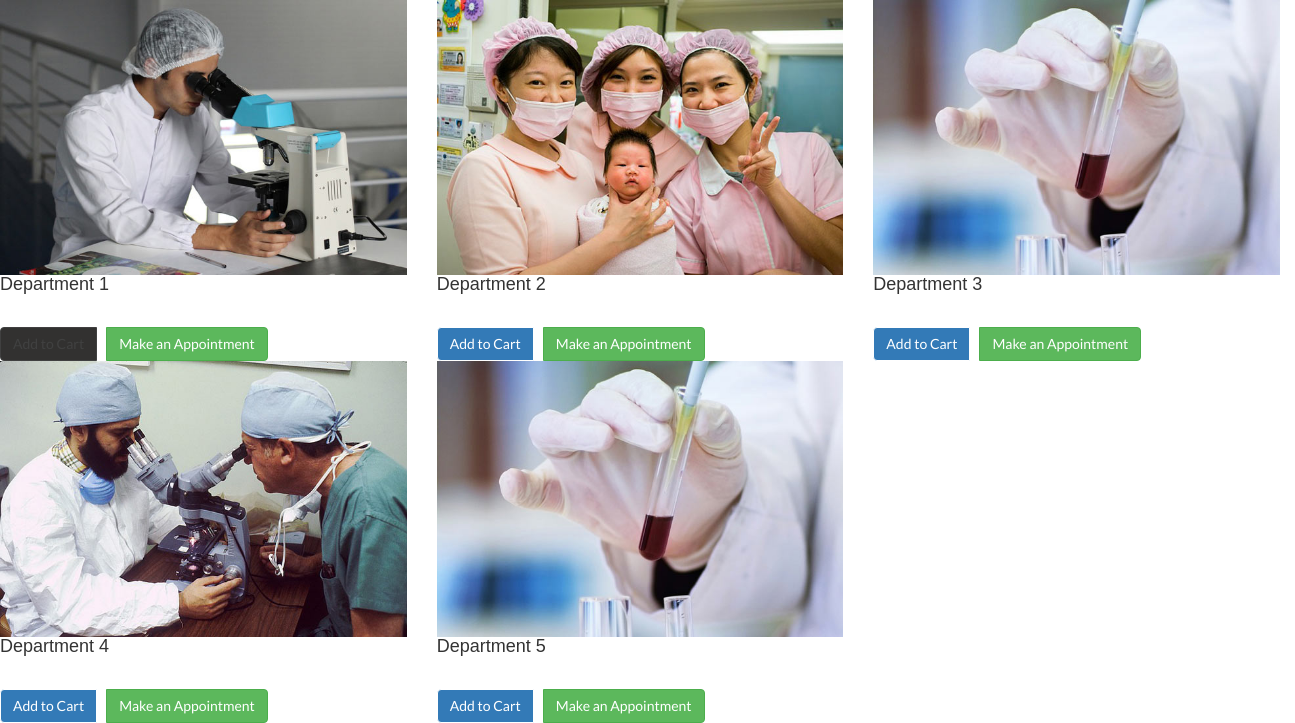
Repository: 72-faisal/work_to_do
Page: http://localhost/Khajina_Doctor/Department-home.jsp
An editor plug-in stored every save of this project. The page is shown before and after the next save, followed by the edit.
The browser window is 1280 px wide. The page is 1295 px wide, so the pictures cover 1295 px, including what lies to the right of the window. The pictures show the whole page.
The pointer rests on the first visible `.btn-primary`.
Some web fonts or font styles are not loaded; a fallback is used. The page is served by Tomcat 9. Other server files are loaded and not shown.

Above is the page before, as saved 2023-04-15 19:47:59.

### Khajina_Doctor/Khajina_Doctor/src/main/webapp/Department-home.jsp
<%@ page language="java" contentType="text/html; charset=ISO-8859-1"
    pageEncoding="ISO-8859-1"%>
<!DOCTYPE html>
<html>
<head>
<meta charset="ISO-8859-1">
<title>KhajjinaDoc a Medical Online Solution |</title>
<!-- for-meta-tags-->
<meta name="viewport" content="width=device-width, initial-scale=1">
<meta http-equiv="Content-Type" content="text/html; charset=utf-8" />
<meta name="keywords" content="Health Plus Responsive web template, Bootstrap Web Templates, Flat Web Templates, Android Compatible web template,
Smartphone Compatible web template, free web designs for Nokia, Samsung, LG, SonyEricsson, Motorola web design" />
<script type="application/x-javascript"> addEventListener("load", function() { setTimeout(hideURLbar, 0); }, false);
		function hideURLbar(){ window.scrollTo(0,1); } </script>
<!-- //for-meta-tags-->
<link href="css/bootstrap.css" rel="stylesheet" type="text/css" media="all" />
<link rel="stylesheet" href="css/flexslider.css" type="text/css" media="screen" Department="" />
<link href="css/services.css" rel="stylesheet" type="text/css" media="all" />
<link href="css/ziehharmonika.css" rel="stylesheet" type="text/css">
<link href="css/JiSlider.css" rel="stylesheet">
<link href="css/style.css" rel="stylesheet" type="text/css" media="all" />
<!-- font-awesome icons -->
<link href="css/font-awesome.css" rel="stylesheet">
<!-- //font-awesome icons -->
<link href="//fonts.googleapis.com/css?family=Raleway:200,200i,300,300i,400,400i,500,500i,600,600i,700,700i,800" rel="stylesheet">
<link href="//fonts.googleapis.com/css?family=Lato:300,300i,400,400i,700,900" rel="stylesheet">
<style>
.department .btn-group .btn:first-child {
  margin-right: 10px;
}

.btn-primary:hover {
  filter: brightness(25%);
}

</style>
</head>
<body>
<div class="department-box">
    <div class="row">
        <div class="col-md-4 department">
            <img src="images/g1.jpg" alt=" " class="img-responsive" />
            <div class="overlay">
                <h4>Department 1</h4>
                <ul class="social_agileinfo">
                    <li><a href="#" class="w3_facebook"><i class="fa fa-facebook"></i></a></li>
                    <li><a href="#" class="w3_twitter"><i class="fa fa-twitter"></i></a></li>
                    <li><a href="#" class="w3_instagram"><i class="fa fa-instagram"></i></a></li>
                    <li><a href="#" class="w3_google"><i class="fa fa-google-plus"></i></a></li>
                </ul>
                <div class="btn-group" role="group">
                    <button type="button" class="btn btn-primary">Add to Cart</button>
                    <button type="button" class="btn btn-success">Make an Appointment</button>
                </div>
            </div>
        </div>
        <div class="col-md-4 department">
            <img src="images/g2.jpg" alt=" " class="img-responsive" />
            <div class="overlay">
                <h4>Department 2</h4>
                <ul class="social_agileinfo">
                    <li><a href="#" class="w3_facebook"><i class="fa fa-facebook"></i></a></li>
                    <li><a href="#" class="w3_twitter"><i class="fa fa-twitter"></i></a></li>
                    <li><a href="#" class="w3_instagram"><i class="fa fa-instagram"></i></a></li>
                    <li><a href="#" class="w3_google"><i class="fa fa-google-plus"></i></a></li>
                </ul>
                <div class="btn-group" role="group">
                    <button type="button" class="btn btn-primary">Add to Cart</button>
                    <button type="button" class="btn btn-success">Make an Appointment</button>
                </div>
            </div>
        </div>
        <div class="col-md-4 department">
            <img src="images/g3.jpg" alt=" " class="img-responsive" />
            <div class="overlay">
                <h4>Department 3</h4>
                <ul class="social_agileinfo">
                    <li><a href="#" class="w3_facebook"><i class="fa fa-facebook"></i></a></li>
                    <li><a href="#" class="w3_twitter"><i class="fa fa-twitter"></i></a></li>
                    <li><a href="#" class="w3_instagram"><i class="fa fa-instagram"></i></a></li>
                    <li><a href="#" class="w3_google"><i class="fa fa-google-plus"></i></a></li>
                </ul>
                <div class="btn-group" role="group">
                    <button type="button" class="btn btn-primary">Add to Cart</button>
                    <button type="button" class="btn btn-success">Make an Appointment</button>
                </div>
            </div>
        </div>
    </div>
    <div class="row">
        <div class="col-md-4 department">
            <img src="images/g4.jpg" alt=" " class="img-responsive" />
            <div class="overlay">
                <h4>Department 4</h4>
                <ul class="social_agileinfo">
                    <li><a href="#" class="w3_facebook"><i class="fa fa-facebook"></i></a></li>
                    <li><a href="#" class="w3_twitter"><i class="fa fa-twitter"></i></a></li>
                    <li><a href="#" class="w3_instagram"><i class="fa fa-instagram"></i></a></li>
                    <li><a href="#" class="w3_google"><i class="fa fa-google-plus"></i></a></li>
                </ul>
                <div class="btn-group" role="group">
                    <button type="button" class="btn btn-primary">Add to Cart</button>
                    <button type="button" class="btn btn-success">Make an Appointment</button>
                </div>
            </div>
        </div>
         <div class="col-md-4 department">
            <img src="images/g3.jpg" alt=" " class="img-responsive" />
            <div class="overlay">
                <h4>Department 5</h4>
                <ul class="social_agileinfo">
                    <li><a href="#" class="w3_facebook"><i class="fa fa-facebook"></i></a></li>
                    <li><a href="#" class="w3_twitter"><i class="fa fa-twitter"></i></a></li>
                    <li><a href="#" class="w3_instagram"><i class="fa fa-instagram"></i></a></li>
                    <li><a href="#" class="w3_google"><i class="fa fa-google-plus"></i></a></li>
                </ul>
                <div class="btn-group" role="group">
                    <button type="button" class="btn btn-primary">Add to Cart</button>
                    <button type="button" class="btn btn-success">Make an Appointment</button>
                </div>
            </div>
        </div>
    </div>
    </div>

</body>
</html>

### Khajina_Doctor/Khajina_Doctor/src/main/webapp/css/flexslider.css
/*
 * jQuery FlexSlider v2.0
 * http://www.woothemes.com/flexslider/
 *
 * Copyright 2012 WooThemes
 * Free to use under the GPLv2 license.
 * http://www.gnu.org/licenses/gpl-2.0.html
 *
 * Contributing author: Tyler Smith (@mbmufffin)
 */
/* Browser Resets */
.flex-container a:active,
.flexslider a:active,
.flex-container a:focus,
.flexslider a:focus  {outline: none;}
.slides,
.flex-control-nav,
.flex-direction-nav {margin: 0; padding: 0; list-style: none;}

/* FlexSlider Necessary Styles
*********************************/
.flexslider .slides > li {display: none; -webkit-backface-visibility: hidden;} /* Hide the slides before the JS is loaded. Avoids image jumping */
.flexslider .slides img {margin: 0 auto; display: block;}
.flex-pauseplay span {text-transform: capitalize;}

/* Clearfix for the .slides element */
.slides:after {content: "."; display: block; clear: both; visibility: hidden; line-height: 0; height: 0;}
html[xmlns] .slides {display: block;}
* html .slides {height: 1%;}

/* No JavaScript Fallback */
/* If you are not using another script, such as Modernizr, make sure you
 * include js that eliminates this class on page load */
.no-js .slides > li:first-child {display: block;}


/* FlexSlider Default Theme
*********************************/
.flexslider {
	border: 0px;
	position: relative;
	zoom: 1;
	overflow: hidden;
}
.flex-viewport {max-height: 2000px; -webkit-transition: all 1s ease; -moz-transition: all 1s ease; transition: all 1s ease;}
.loading .flex-viewport {max-height: 300px;}
.flexslider .slides {zoom: 1;}

.carousel li {margin-right: 5px}


/* Direction Nav */
.flex-direction-nav a {
	margin: 0;
    background: none;
    position: absolute;
    z-index: 10;
    cursor: pointer;
    opacity: .8;
    -webkit-transition: all .3s ease;
    font-family: FontAwesome;
    font-size: 2em;
    color: #fff;
	text-decoration: none;
	top: 50%;
}
.flex-direction-nav .flex-next {
    right: 5%;
}
.flex-direction-nav .flex-prev {
	left:5%;
}
.flex-direction-nav .flex-next:before{
	content:"\f178";
}
.flex-direction-nav .flex-prev:before{
	content:"\f177";
}
.flexslider:hover .flex-next {opacity: 1;}
.flexslider:hover .flex-prev {opacity: 1;}
.flexslider:hover .flex-next:hover, .flexslider:hover .flex-prev:hover {opacity: 1;}
.flex-direction-nav .flex-disabled {opacity: .3!important; filter:alpha(opacity=30); cursor: default;}
/* Control Nav */
.flex-control-nav {
	display: block;
    position: absolute;
    right: 5%;
    top: 20%;
}
.flex-control-nav li {
    margin: 15px 0;
    display: block;
    zoom: 1;
    position: relative;
}
.flex-control-paging li a {
	width: 15px;
    height: 15px;
    display: none;
    cursor: pointer;
    text-indent: -9999px;
    border: 5px solid rgba(255, 255, 255, 0.38);
    background: #bababa;
    text-align: center;
    border-radius: 15px;
}
.flex-control-paging li a.flex-active {
	background:#ff464f;
	cursor: default;
	transform: rotateX(360deg);
	-webkit-transform: rotateX(360deg);
	-moz-transform: rotateX(360deg);
	-o-transform: rotateX(360deg);
	-ms-transform: rotateX(360deg);
    transition: transform 2s;
}
.flex-control-thumbs {margin: 5px 0 0; position: static; overflow: hidden;}
.flex-control-thumbs li {width: 25%; float: left; margin: 0;}
.flex-control-thumbs img {width: 100%; display: block; opacity: .7; cursor: pointer;}
.flex-control-thumbs img:hover {opacity: 1;}
.flex-control-thumbs .flex-active {opacity: 1; cursor: default;}
@media screen and (max-width:1366px) {

}
@media screen and (max-width:1080px) {

}
@media screen and (max-width: 991px){

}
@media screen and (max-width: 667px){

}
@media screen and (max-width: 640px){

}
@media screen and (max-width: 600px){

}
@media screen and (max-width: 480px) {
	section.slider {
		padding-top: 0;
	}

}
@media screen and (max-width: 414px){

}
@media screen and (max-width: 384px){

}
@media screen and (max-width: 375px) {

}
@media screen and (max-width: 320px) {

}

### Khajina_Doctor/Khajina_Doctor/src/main/webapp/css/services.css
.ch-item {
	width: 100%;
	height: 100%;
	border-radius: 50%;
	position: relative;
	cursor: default;
	-webkit-perspective: 900px;
	-moz-perspective: 900px;
	-o-perspective: 900px;
	-ms-perspective: 900px;
	perspective: 900px;
}
.ch-info{
	position: absolute;
	width: 100%;
	height: 100%;
	-webkit-transform-style: preserve-3d;
	-moz-transform-style: preserve-3d;
	-o-transform-style: preserve-3d;
	-ms-transform-style: preserve-3d;
	transform-style: preserve-3d;
}
.ch-info > div {
	display: block;
	position: absolute;
	width: 100%;
	height: 100%;
	border-radius: 50%;
	background-position: center center;
	-webkit-transition: all 0.4s linear;
	-moz-transition: all 0.4s linear;
	-o-transition: all 0.4s linear;
	-ms-transition: all 0.4s linear;
	transition: all 0.4s linear;
	-webkit-transform-origin: 50% 0%;
	-moz-transform-origin: 50% 0%;
	-o-transform-origin: 50% 0%;
	-ms-transform-origin: 50% 0%;
	transform-origin: 50% 0%;
}

.ch-info .ch-info-front {
      border: 10px solid #1c588e;
    background: #fff;
}

.ch-info .ch-info-back {
	-webkit-transform: translate3d(0,0,-220px) rotate3d(1,0,0,90deg);
	-moz-transform: translate3d(0,0,-220px) rotate3d(1,0,0,90deg);
	-o-transform: translate3d(0,0,-220px) rotate3d(1,0,0,90deg);
	-ms-transform: translate3d(0,0,-220px) rotate3d(1,0,0,90deg);
	transform: translate3d(0,0,-220px) rotate3d(1,0,0,90deg);
	background: #000;
	opacity: 0;
}
.ch-info-front.ch-img-1 i,.ch-info-front.ch-img-2 i,.ch-info-front.ch-img-3 i ,.ch-info-front.ch-img-4 i ,.ch-info-front.ch-img-5 i   {
    color: #232323;
    font-size: 4em;
    line-height: 3em;
}

.ch-info h5 {
    color: #fff;
    text-transform: uppercase;
    letter-spacing: 2px;
    font-size: 20px;
    margin: 0 15px;
    padding: 78px 0 0 0;
    height: 110px;
    text-shadow: 0 0 1px #fff, 0 1px 2px rgba(0,0,0,0.3);
}

.ch-info p {
	color: #de0f17;
    padding:10px 5px;
    font-style:italic;
    margin:0 30px;
    font-size:12px;
    border-top:1px solid rgba(47, 46, 46, 0.5);
}

.ch-info p a {
	display: block;
	color: #fff;
	color: rgba(255,255,255,0.7);
	font-style: normal;
	font-weight: 700;
	text-transform: uppercase;
	font-size: 9px;
	letter-spacing: 1px;
	padding-top: 4px;
	font-family: 'Open Sans', Arial, sans-serif;
}

.ch-info p a:hover {
	color: #fff222;
	color: rgba(255,242,34, 0.8);
}

.ch-item:hover .ch-info-front {
	-webkit-transform: translate3d(0,280px,0) rotate3d(1,0,0,-90deg);
	-moz-transform: translate3d(0,280px,0) rotate3d(1,0,0,-90deg);
	-o-transform: translate3d(0,280px,0) rotate3d(1,0,0,-90deg);
	-ms-transform: translate3d(0,280px,0) rotate3d(1,0,0,-90deg);
	transform: translate3d(0,280px,0) rotate3d(1,0,0,-90deg);
	opacity: 0;
}

.ch-item:hover .ch-info-back {
	-webkit-transform: rotate3d(1,0,0,0deg);
	-moz-transform: rotate3d(1,0,0,0deg);
	-o-transform: rotate3d(1,0,0,0deg);
	-ms-transform: rotate3d(1,0,0,0deg);
	transform: rotate3d(1,0,0,0deg);
	opacity: 1;
}

### Khajina_Doctor/Khajina_Doctor/src/main/webapp/css/ziehharmonika.css
/* @author Tim himself */

.ziehharmonika h3 {
    background: rgba(255, 255, 255, 0);
    color: #151414;
    text-align: left;
    border-radius: 0px;
    padding: 25px 20px;
    cursor: pointer;
    margin-top: 0;
    margin-bottom: 25px;
    padding-right: 40px;
    transition: 0.25s all;
    position: relative;
    border: 6px solid #191919;
    font-weight: 700;
    letter-spacing: 1px;
}
.ziehharmonika h3.active {
    margin-bottom: 21px;
  background: #207fdc;
    border: 6px solid rgba(44, 185, 139, 0.01);
}
.ziehharmonika h3::before {
	content: attr(data-prefix);
	font-size: 18px;
	margin-right: 9px;
}
.ziehharmonika > div {
	display: none;
	    background: #fff;
    border-radius: 0;
    border: 1px solid #cdcdcd;
    text-align: left;
    padding: 31px 33px;
    margin-bottom: 9px;
}
.ziehharmonika .arrowDown {
	width: 0;
	height: 0;
	border-style: solid;
	border-width: 13.0px 7.5px 0 7.5px;
	border-color: #272e35 transparent transparent transparent;
	position: absolute;
	bottom: 0;
	left: 40px;
	transition: 0.25s all;
	opacity: 0;
}
.ziehharmonika .active .arrowDown {
       bottom: -18px;
    border-color: #207fdc transparent transparent transparent;
    opacity: 1;
}
.ziehharmonika .collapseIcon {
	    position: absolute;
    right: 20px;
    top: 52%;
    font-size: 30px;
    font-weight: 400;
    -ms-transform: translate(0, -50%);
    transform: translate(0, -50%);
}
/*--/Responsive--*/
@media(max-width:640px){
	.ziehharmonika > div {
		display: none;
		background: #fff;
		border-radius: 0;
		border: 1px solid #cdcdcd;
		text-align: left;
		padding: 15px 15px;
		margin-bottom: 9px;
	}
	.ziehharmonika h3 {
      padding: 15px 20px;
	}
}
@media(max-width:414px){
	.ziehharmonika h3 {
		padding: 9px 15px;
		margin-bottom: 14px;
		padding-right: 40px;
		font-size: 1.2em;
	}
}
/*--//Responsive--*/

### Khajina_Doctor/Khajina_Doctor/src/main/webapp/css/JiSlider.css
/****** JiSlider css ******/
	#JiSlider {
				width: 100%;
				height: 100%;
			}
.jislider ul {
	height: 100%;
	margin: 0;
	padding: 0;
	position: relative;
	list-style-type: none;
}

.jislider ul li {
	position: relative;
	height: 100%;
	float: left;
	overflow: hidden;
}

.jislider__img {
	position: absolute;
	top: 0;
	left: 0;
	background-size: cover;
	background-position: center;
	width: 100%;
	height: 100%;
	z-index: -1;
}

.jislider__left-arrow {
	position: absolute;
	left: 30px;
	top: 0;
	bottom: 0;
	margin: auto;
	width: 30px;
	height: 60px;
	cursor: pointer;
}

.jislider__left-arrow__top {
	content: '';
	position: absolute;
	top: 0;
	left: 0;
	width: 2px;
	height: 30px;
	background-color: inherit;
	-webkit-transform: rotate(30deg) translateX(10px) translateY(-3px);
	-ms-transform: rotate(30deg) translateX(10px) translateY(-3px);
	transform: rotate(30deg) translateX(10px) translateY(-3px);
}

.jislider__left-arrow__bottom {
	content: '';
	position: absolute;
	bottom: 0;
	left: 0;
	width: 2px;
	height: 30px;
	background-color: inherit;
	-webkit-transform: rotate(-30deg) translateX(10px) translateY(3px);
	-ms-transform: rotate(-30deg) translateX(10px) translateY(3px);
	transform: rotate(-30deg) translateX(10px) translateY(3px);
}


.jislider__right-arrow {
	position: absolute;
	right: 30px;
	top: 0;
	bottom: 0;
	margin: auto;
	width: 30px;
	height: 60px;
	cursor: pointer;
}

.jislider__right-arrow__top {
	content: '';
	position: absolute;
	top: 0;
	right: 0;
	width: 2px;
	height: 30px;
	background-color: inherit;
	-webkit-transform: rotate(-30deg) translateX(-10px) translateY(-3px);
	-ms-transform: rotate(-30deg) translateX(-10px) translateY(-3px);
	transform: rotate(-30deg) translateX(-10px) translateY(-3px);
}

.jislider__right-arrow__bottom {
	content: '';
	position: absolute;
	bottom: 0;
	right: 0;
	width: 2px;
	height: 30px;
	background-color: inherit;
	-webkit-transform: rotate(30deg) translateX(-10px) translateY(3px);
	-ms-transform: rotate(30deg) translateX(-10px) translateY(3px);
	transform: rotate(30deg) translateX(-10px) translateY(3px);
}

.jislider__controller {
    position: absolute;
    max-width: 80%;
    padding: 0 10px;
    left: -54%;
    right: 0;
    bottom: 20%;
    margin: auto;
    text-align: center;
}

.jislider__button {
    display: inline-block;
    width: 36px;
    height: 5px;
    margin: 0 0 0 7px;
    cursor: pointer;
    border: 2px solid #fff!important;
    background: #fff!important;
    box-shadow: 3px 3px rgba(0, 0, 0, 0.34);
}
.jislider__button.jislider__on{
	background:#de0f17!important;
    border:2px solid #de0f17!important;
    height:5px;
    width:36px;
	border-radius:0px!important;
}
.jislider__controller {
    width: 200px!important;
}
/*--start-responsive-design--*/
@media (max-width:1680px){
	.jislider__controller {
		left: -61%;
	}
}
@media (max-width:1600px){
	.jislider__controller {
		left: -64%;
	}
}
@media (max-width:1440px){
	.jislider__controller {

		bottom: 20%;
		left: -71%;
        right: 0;
	}
}
@media (max-width:1366px){
	.jislider__controller {
		bottom: 20%;
		left: -74%;
		right: 0;
	}
}
@media (max-width:1280px){

	.jislider__controller {
		left: -80%;
		right: 0;
		bottom: 20%;
	}
}
@media (max-width:1080px){
	.jislider__controller {
		left: -76%;
		right: 0;
		bottom: 24%;
	}
}
@media (max-width:1050px){
 .jislider__controller {
		left: -78%;
		right: 0;
		bottom: 24%;
	}
}
@media (max-width:1024px){
	.jislider__controller {
		left: -80%;
		right: 0;
		bottom: 26%;
	}
}
@media (max-width:991px){

	.jislider__controller {
		left: -63%;
		right: 0;
		bottom: 23%;
	}
}
@media (max-width:800px){
	.jislider__controller {
		left: -67%;
		right: 0;
		bottom: 23%;
	}
}
@media (max-width:768px){
	.jislider__controller {
		left: -72%;
		right: 0;
		bottom: 23%;
	}
}
@media (max-width:736px){
	.jislider__controller {
		left: -63%;
		right: 0;
		bottom: 27%;
	}
}
@media (max-width:667px){
   .jislider__controller {
		left: -66%;
		right: 0;
		bottom: 27%;
	}

}
@media (max-width:640px){
	.jislider__controller {
		left: -61%;
		right: 0;
		bottom: 23%;
	}
}
@media (max-width:600px){
	.jislider__controller {
		left: -60%;
		right: 0;
		bottom: 20%;
	}
}
@media (max-width:568px){
	.jislider__button {
		display: inline-block;
		width: 27px;
	}
}
@media (max-width:480px){

	.jislider__controller {
		left: -53%;
		right: 0;
		bottom: 22%;
	}
	.jislider__button {
		display: inline-block;
		width: 26px;
		height: 5px;
		margin: 0 0 0 7px;
	}
}
@media (max-width:414px){
	.jislider__left-arrow {
		position: absolute;
		left: 10px;
		top: 0;
		bottom: 0;
		margin: auto;
		width: 30px;
		height: 60px;
		cursor: pointer;
	}
	.jislider__right-arrow {
		position: absolute;
		right: 10px;
		top: 0;
		bottom: 0;
		margin: auto;
		width: 30px;
		height: 60px;
		cursor: pointer;
	}
	.jislider__controller {
		left: -53%;
		right: 0;
		bottom: 19%;
	}
}
@media (max-width:384px){
	.jislider__controller {
		padding: 0 0px;
		left: -49%;
		right: 0;
		bottom: 14%;
	}
}

Loaded but not shown: Khajina_Doctor/Khajina_Doctor/src/main/webapp/css/bootstrap.css (library); Khajina_Doctor/Khajina_Doctor/src/main/webapp/css/font-awesome.css (library); Khajina_Doctor/Khajina_Doctor/src/main/webapp/css/style.css (4106 lines, source omitted)

After the next save:
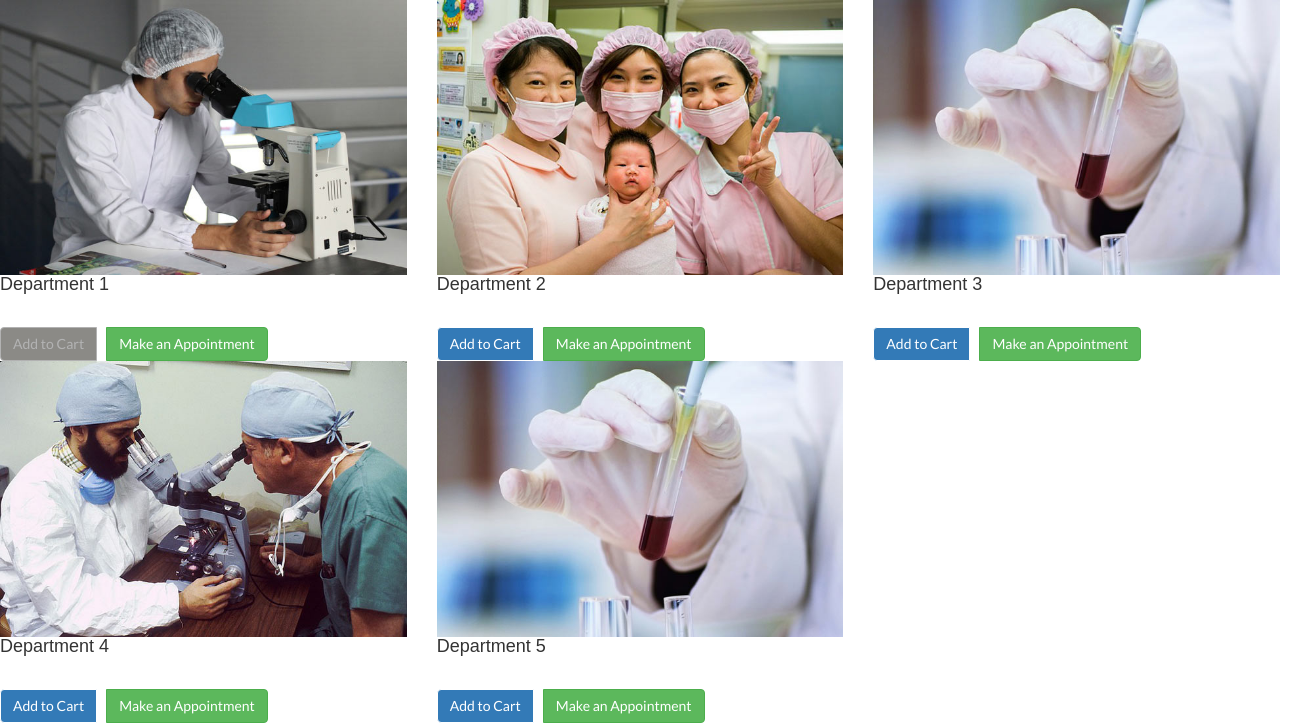
Saved 23 s later.
--- a/Khajina_Doctor/Khajina_Doctor/src/main/webapp/Department-home.jsp
+++ b/Khajina_Doctor/Khajina_Doctor/src/main/webapp/Department-home.jsp
@@ -30,7 +30,7 @@ Smartphone Compatible web template, free web designs for Nokia, Samsung, LG, Son
 }
 
 .btn-primary:hover {
-  filter: brightness(25%);
+  filter: brightness(70%);
 }
 
 </style>
